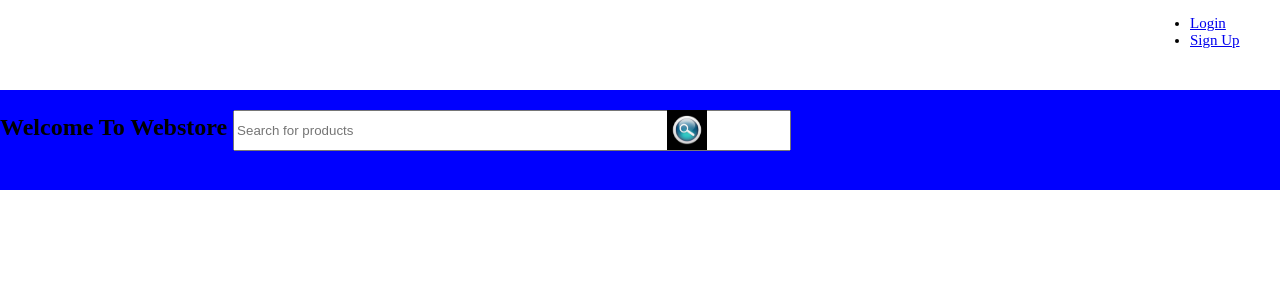
Repository: sourogithub/Final-yr-project-using-j2ee
Page: http://localhost/Webstore/JSP Pages/Front.jsp
These files come from the project's save history. The page is drawn as it stood at one moment and after the next save; the edit follows.
The browser window is 1280 px wide. The pictures show the whole page.
The page is served by Tomcat 9.

Above is the page before, as saved 2017-04-11 11:04:42.

### Webstore/WebContent/JSP Pages/Front.jsp
<%@ page language="java" contentType="text/html; charset=ISO-8859-1"
    pageEncoding="ISO-8859-1"%>
<!DOCTYPE html PUBLIC "-//W3C//DTD HTML 4.01 Transitional//EN" "http://www.w3.org/TR/html4/loose.dtd">
<html>
<head>
<meta http-equiv="Content-Type" content="text/html; charset=ISO-8859-1">
<title>Top</title>
<link rel="stylesheet" type="text/css" href="../css/Front.css">
</head>
<body style="margin:0">
<div class="menu">
<ul>
<li><a href="Login.jsp">Login</a></li>
<li><a href="Sign_up.jsp">Sign Up</a></li>
</ul>
</div>
<div id="Logo">
<h2>Welcome To Webstore
<input type="text" placeholder="Search for products" required style="border-width:2;width:550px;height:35px">
<a><img src="../images/search-images-17.jpg" height="40px" width="40px" style="position:fixed;right:573px"></a>
</h2>
</div>

</body>
</html>

### Webstore/WebContent/css/Front.css
.menu
{
	height:10px;
	 font-size:15px;
	 float:right;
	width:130px;
	 top:0px;
	 display:inline-block;
}
#Logo
{
	background:blue;
	 height:100px;
	 position:fixed;
	 top:90px;
	 width:1370px;
}

After the next save:
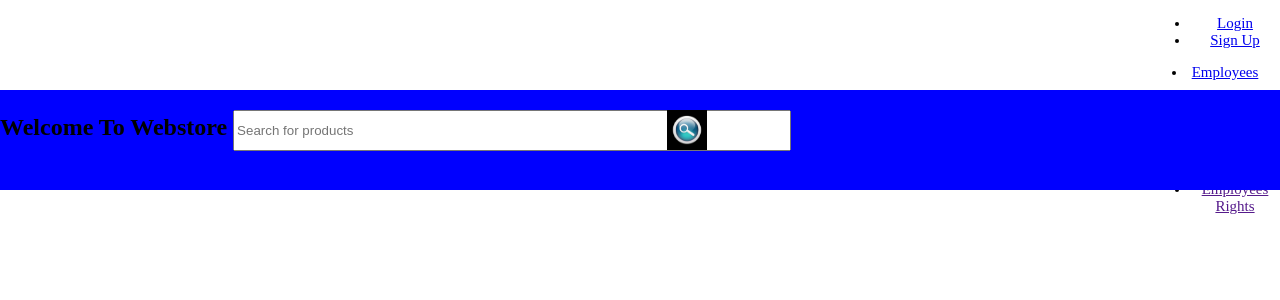
Saved 7 min 12 s later.
--- a/Webstore/WebContent/JSP Pages/Front.jsp
+++ b/Webstore/WebContent/JSP Pages/Front.jsp
@@ -8,12 +8,20 @@
 <link rel="stylesheet" type="text/css" href="../css/Front.css">
 </head>
 <body style="margin:0">
+<div class="btn" align="center">
 <div class="menu">
 <ul>
 <li><a href="Login.jsp">Login</a></li>
 <li><a href="Sign_up.jsp">Sign Up</a></li>
 </ul>
-</div>
+<li> <a href="http://cbi.nic.in/rt_infoact/rti.php">Employees</a>
+           <ul>
+           <li><a href="policelogin.jsp">Employees Information</a></li>
+           <li><a href="policereg.jsp">Employees Registration</a></li>
+           <li><a href="policelogin.jsp">Job Records</a></li>
+           <li><a href="">Employees Rights</a></li>
+           </ul></li>
+</div></div>
 <div id="Logo">
 <h2>Welcome To Webstore
 <input type="text" placeholder="Search for products" required style="border-width:2;width:550px;height:35px">
